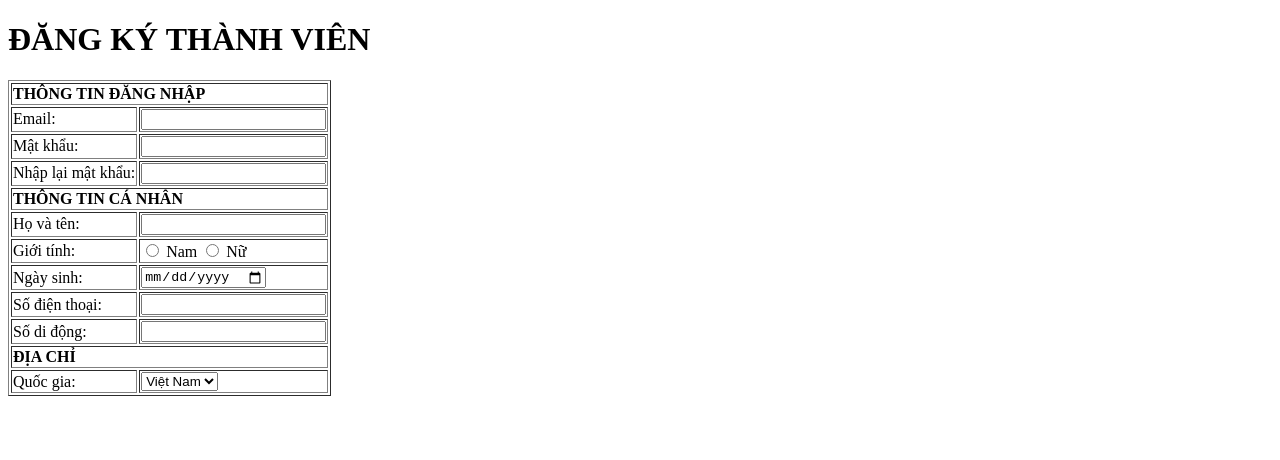
Repository: vnmk1/jsp_servlet-tutorials
Page: Bai2_HTML/src/main/webapp/register.html
The author's editor kept a copy of each file at every save. The page is drawn from the files as they stood at one save, then again after the next save.
The browser window is 1280 px wide. The pictures show the whole page.

Above is the page before, as saved 2023-07-15 09:29:56.

After the next save:
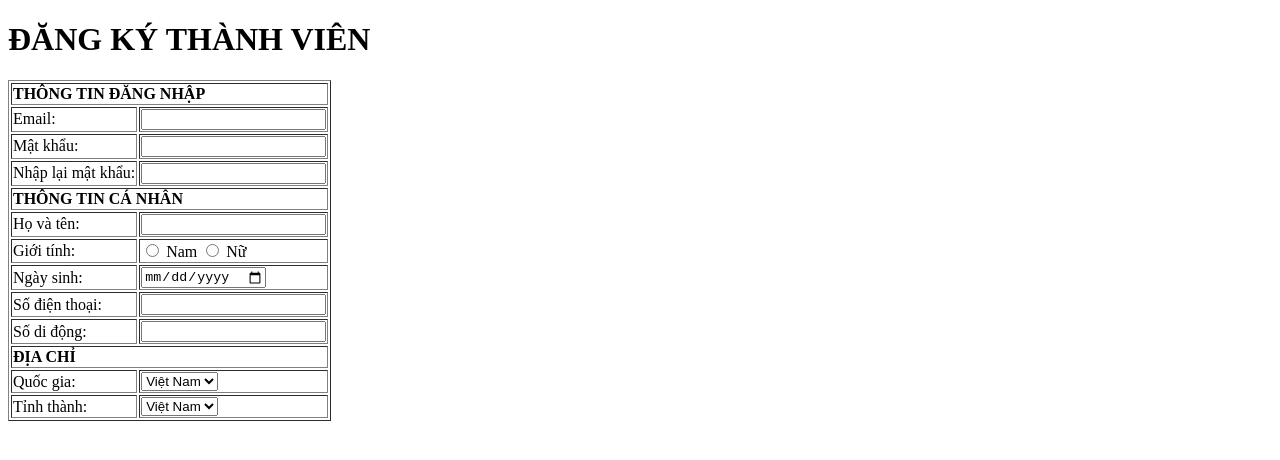
Saved 54 s later.
--- a/Bai2_HTML/src/main/webapp/register.html
+++ b/Bai2_HTML/src/main/webapp/register.html
@@ -64,6 +64,16 @@
 				</select>
 			</td>
 		</tr>
+		<tr>
+			<td>Tỉnh thành:</td>
+			<td>
+				<select name="quocGia" id="idQuocGia">
+					<option value="VN">Việt Nam</option>
+					<option value="PL">Ba Lan</option>
+					<option value="US">Hoa Kỳ</option>
+				</select>
+			</td>
+		</tr>
 	</tbody>
 </table>
 </body>
